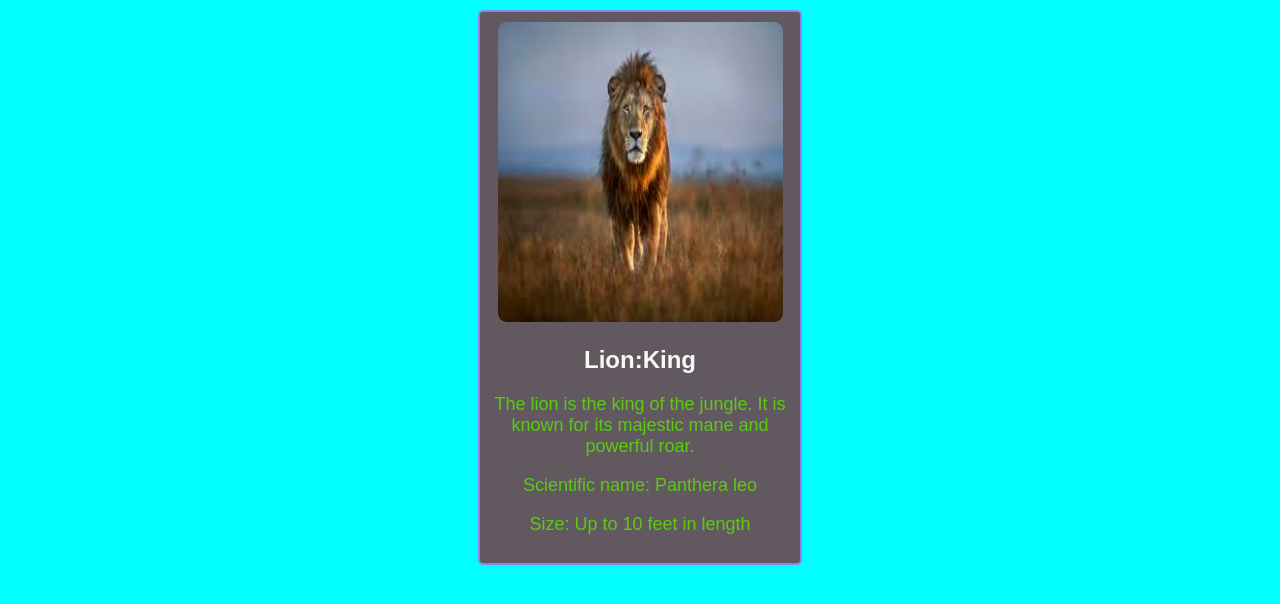
Repository: KingBoyMaylow/Animal-trading-card
Page: index.html
The author's editor kept a copy of each file at every save. The page is drawn from the files as they stood at one save, then again after the next save.
The browser window is 1280 px wide. The pictures show the whole page.

Above is the page before, as saved 2024-05-13 22:20:36.

### index.html
<!DOCTYPE html>
<html lang="en">
<head>
    <meta charset="UTF-8">
    <meta name="viewport" content="width=device-width, initial-scale=1.0">
    <title>Document</title>
</head>
<body>
    <style>
    body {
        font-family: Arial, sans-serif;
        text-align: center;
        background-color: aqua;
    }
    .card {
        width: 300px;
        border: 2px solid #8a83f1;
        border-radius: 5px;
        margin: 10px auto;
        padding: 10px;
        background-color: #625960;
    }
    .card img {
        width: 95%;
        border-radius: 3%;
        height: 300px;
    }
    .card h2 {
        color: #fcf7f7;
    }
    .card p {
        color: #5acb0f;
        font-size: large;
    }
</style>
</head>
<body>
    <div class="card">
        <img src="lion.jpeg" alt="Lion">
        <h2>Lion:King</h2>
        <p>The lion is the king of the jungle. It is known for its majestic mane and powerful roar.</p>
        <p>Scientific name: Panthera leo</p>
        <p>Size: Up to 10 feet in length</p>

    </div>
</body>
</html>

After the next save:
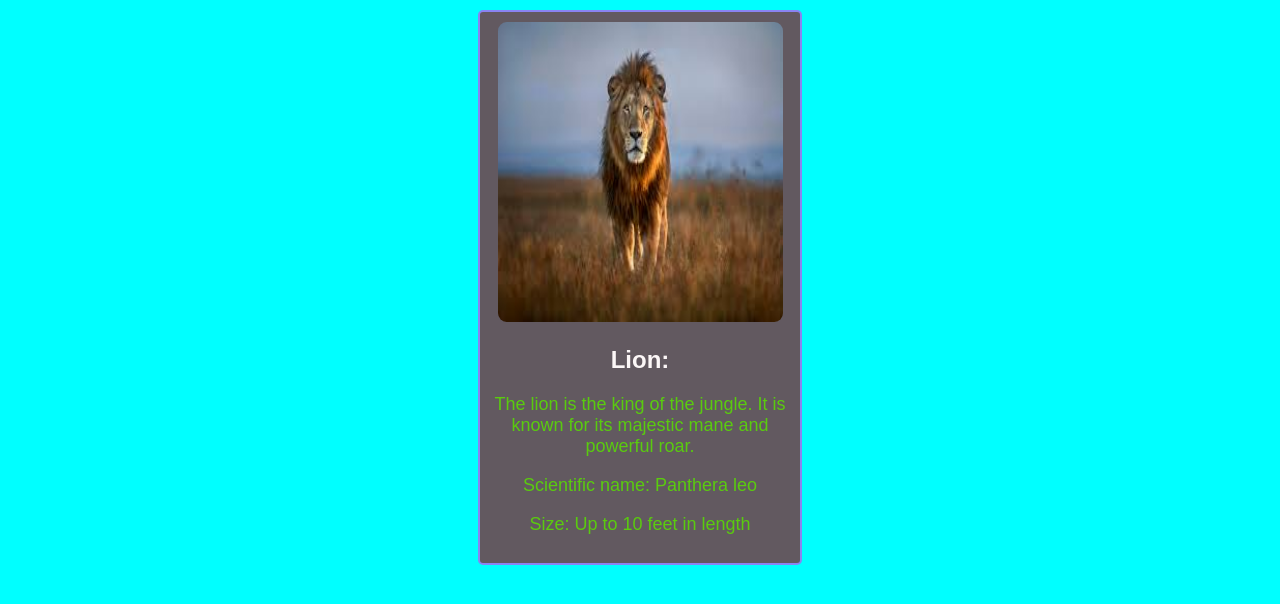
Saved 61 s later.
--- a/index.html
+++ b/index.html
@@ -37,7 +37,7 @@
 <body>
     <div class="card">
         <img src="lion.jpeg" alt="Lion">
-        <h2>Lion:King</h2>
+        <h2>Lion:</h2>
         <p>The lion is the king of the jungle. It is known for its majestic mane and powerful roar.</p>
         <p>Scientific name: Panthera leo</p>
         <p>Size: Up to 10 feet in length</p>
